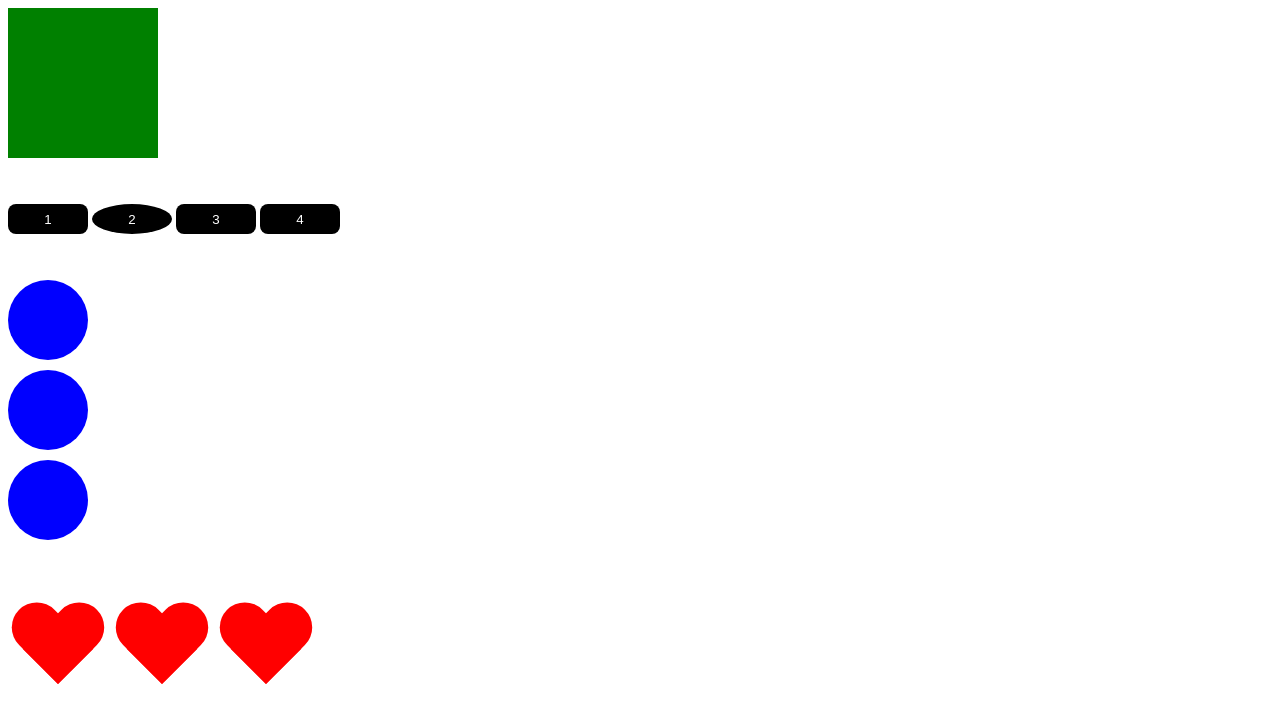
Repository: ivan151/jsudemy
Page: index.html
These files come from the project's save history. The page is drawn as it stood at one moment and after the next save; the edit follows.
The browser window is 1280 px wide. The pictures show the whole page.

Above is the page before, as saved 2020-05-02 09:56:45.

### index.html
<!DOCTYPE html>
<html lang="en">
<head>
    <meta charset="UTF-8">
    <meta name="viewport" content="width=device-width, initial-scale=1.0">
    <title>Document</title>
    <link rel="stylesheet" href="original.css">
</head>
<body>
    <div class = 'box' id = 'box'></div>
    <br><br>
    <button>1</button>
    <button>2</button>
    <button>3</button>
    <button>4</button>
    <br>
    <br>
    <br>
    <div class="circle"></div>
    <div class="circle"></div>
    <div class="circle"></div>
    <br>
    <br>
    <br>
    <div class="heart"></div>
    <div class="heart"></div>
    <div class="heart"></div>
    <div class="div" class = 'box'></div>
    <script src="script.js"></script>
</body>
</html>

### original.css
.box {
  width: 150px;
  height: 150px;
  /* background-color: red; */
}
button {
	width: 80px;
	height: 30px;
	margin-top: 10px;
	border: none;
	border-radius: 8px;
	background-color: #000;
	color: #fff;
	cursor: pointer;
	outline: none;
}

.circle {
	width: 80px;
	height: 80px;
	background-color: blue;
	display: block;
	margin-top: 10px;
	border-radius: 100%;
}

.heart {
	display: inline-block;
    position: relative;
    width: 100px;
    height: 90px;
    margin-top: 10px;
}
.heart:before,
.heart:after {
    position: absolute;
    content: "";
    left: 50px;
    top: 0;
    width: 50px;
    height: 80px;
    background: red;
    -moz-border-radius: 50px 50px 0 0;
    border-radius: 50px 50px 0 0;
    -webkit-transform: rotate(-45deg);
       -moz-transform: rotate(-45deg);
        -ms-transform: rotate(-45deg);
         -o-transform: rotate(-45deg);
            transform: rotate(-45deg);
    -webkit-transform-origin: 0 100%;
       -moz-transform-origin: 0 100%;
        -ms-transform-origin: 0 100%;
         -o-transform-origin: 0 100%;
            transform-origin: 0 100%;
}
.heart:after {
    left: 0;
    -webkit-transform: rotate(45deg);
       -moz-transform: rotate(45deg);
        -ms-transform: rotate(45deg);
         -o-transform: rotate(45deg);
            transform: rotate(45deg);
    -webkit-transform-origin: 100% 100%;
       -moz-transform-origin: 100% 100%;
        -ms-transform-origin: 100% 100%;
         -o-transform-origin: 100% 100%;
            transform-origin :100% 100%;
}
.black{
	width: 150px;
	height: 50px;
	line-height: 50px;
	text-align: center;
	background-color: black;
	margin-bottom: 30px;
	margin-top: 30px;
	color: #fff;
}

### script.js
let box = document.getElementById('box'), // by id
    btn = document.getElementsByTagName('button'), // by tag
    circle = document.getElementsByClassName('circle'), //by class
    heart = document.querySelectorAll('.heart'), //all elements
    oneHeart = document.querySelector('.heart'); //first element

box.style.backgroundColor = 'green';
btn[1].style.borderRadius = '100%';

console.log(box);
console.log(btn);
console.log(btn[2]);
console.log(circle);
console.log(circle[2]);

After the next save:
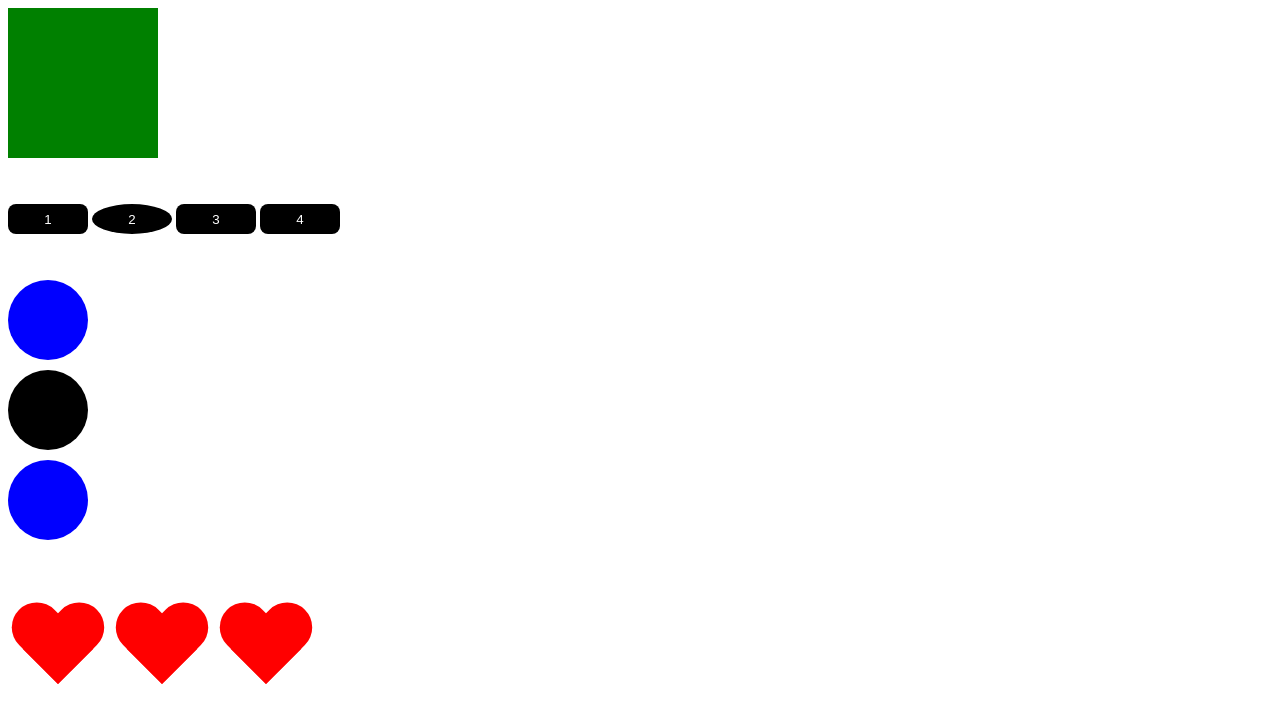
Saved 34 s later.
--- a/script.js
+++ b/script.js
@@ -7,6 +7,8 @@ let box = document.getElementById('box'), // by id
 box.style.backgroundColor = 'green';
 btn[1].style.borderRadius = '100%';
 
+circle[1].style.backgroundColor = 'black';
+
 console.log(box);
 console.log(btn);
 console.log(btn[2]);
